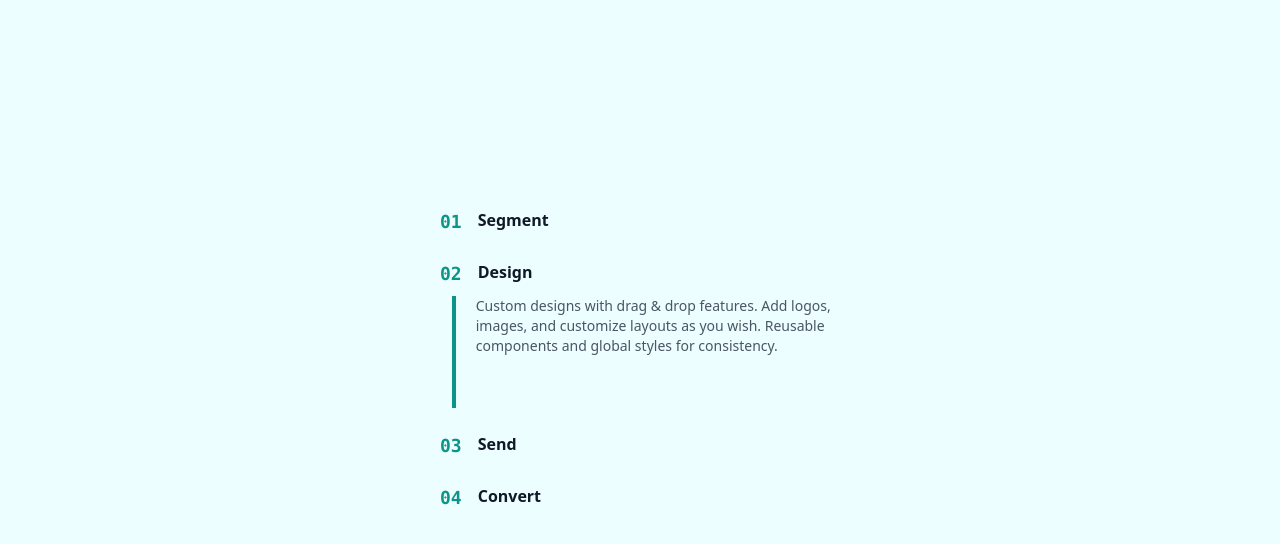
Repository: trusha97/postpilot
Page: accordin.html
An editor plug-in stored every save of this project. The page is shown before and after the next save, followed by the edit.
The browser window is 1280 px wide. The pictures show the whole page.
Some web libraries are served in a nearby version.

Above is the page before, as saved 2025-05-19 10:32:43.

### accordin.html
<!DOCTYPE html>
<html lang="en">

<head>
  <meta charset="UTF-8" />
  <meta name="viewport" content="width=device-width, initial-scale=1.0" />
  <title>Step Accordion</title>
  <script src="https://cdn.tailwindcss.com"></script>
  <style>

  </style>
</head>

<body class="bg-cyan-50 flex items-center justify-center min-h-screen">
  <div class="bg-cyan-50 p-6 w-full max-w-md space-y-6" id="accordion">

    <!-- Step Template Start -->
    <div class="cursor-pointer" onclick="toggleStep(1)">
      <div class="flex items-start space-x-4">
        <div class="flex flex-col items-center">
          <span class="text-teal-600 font-mono text-lg font-bold">01</span>
        </div>
        <div>
          <p class="font-bold text-gray-900">Segment</p>
        </div>
      </div>
      <div id="content-1" class="hidden ms-3 mt-2 flex space-x-5 h-28 overflow-hidden">
        <div class="overflow-y-auto h-full custom-scroll">
          <div class="w-1 bg-teal-400 h-[150px]"></div>
        </div>
        <div class="overflow-y-auto h-full text-sm text-gray-600 custom-scroll pr-2 w-full">
          This is the description for step 1. Scroll to test the left line behavior along with this paragraph.
        </div>
      </div>
      <!-- <div class="flex items-start bg-[#e8f8f8] p-4 rounded-md">
        <div class="w-1 bg-gradient-to-b from-[#1eb4b4] to-[#b5f3f3] rounded-full mr-3"></div>

        <p class="text-gray-700 text-sm">
          One-off announcements or automatically triggered flows. Customers receive their personalized cards within a
          week.
        </p>
      </div> -->

    </div>

    <div class="cursor-pointer" onclick="toggleStep(2)">
      <div class="flex items-start space-x-4">
        <div class="flex flex-col items-center">
          <span class="text-teal-600 font-mono text-lg font-bold">02</span>
        </div>
        <div>
          <p class="font-bold text-gray-900">Design</p>
        </div>
      </div>
      <div id="content-2" class="hidden ms-3 mt-2 flex space-x-5 h-28 overflow-hidden">
        <div class="overflow-y-auto h-full custom-scroll">
          <div class="w-1 bg-teal-600 h-[600px]"></div>
        </div>
        <div class="overflow-y-auto h-full text-sm text-gray-600 custom-scroll pr-2 w-full">
          Custom designs with drag & drop features. Add logos, images, and customize layouts as you wish.
          Reusable components and global styles for consistency.
        </div>
      </div>
    </div>

    <div class="cursor-pointer" onclick="toggleStep(3)">
      <div class="flex items-start space-x-4">
        <div class="flex flex-col items-center">
          <span class="text-teal-600 font-mono text-lg font-bold">03</span>
        </div>
        <div>
          <p class="font-bold text-gray-900">Send</p>
        </div>
      </div>
      <div id="content-3" class="hidden ms-3 mt-2 flex space-x-5 h-28 overflow-hidden">
        <div class="overflow-y-auto h-full custom-scroll">
          <div class="w-1 bg-teal-600 h-[600px]"></div>
        </div>
        <div class="overflow-y-auto h-full text-sm text-gray-600 custom-scroll pr-2 w-full">
          Send personalized cards to customers automatically based on events and flows. They receive them within a week.
        </div>
      </div>
    </div>

    <div class="cursor-pointer" onclick="toggleStep(4)">
      <div class="flex items-start space-x-4">
        <div class="flex flex-col items-center">
          <span class="text-teal-600 font-mono text-lg font-bold">04</span>
        </div>
        <div>
          <p class="font-bold text-gray-900">Convert</p>
        </div>
      </div>
      <div id="content-4" class="hidden ms-3 mt-2 flex space-x-5 h-28 overflow-hidden">
        <div class="overflow-y-auto h-full custom-scroll">
          <div class="w-1 bg-teal-600 h-[600px]"></div>
        </div>
        <div class="overflow-y-auto h-full text-sm text-gray-600 custom-scroll pr-2 w-full">
          Analyze conversions and optimize your next campaign based on performance data. Easy tracking tools included.
        </div>
      </div>
    </div>
    <!-- Step Template End -->

  </div>

  <script>
    function toggleStep(step) {
      for (let i = 1; i <= 4; i++) {
        document.getElementById('content-' + i).classList.add('hidden');
      }
      document.getElementById('content-' + step).classList.remove('hidden');
    }

    // By default open step 2
    toggleStep(2);
  </script>
</body>

</html>

After the next save:
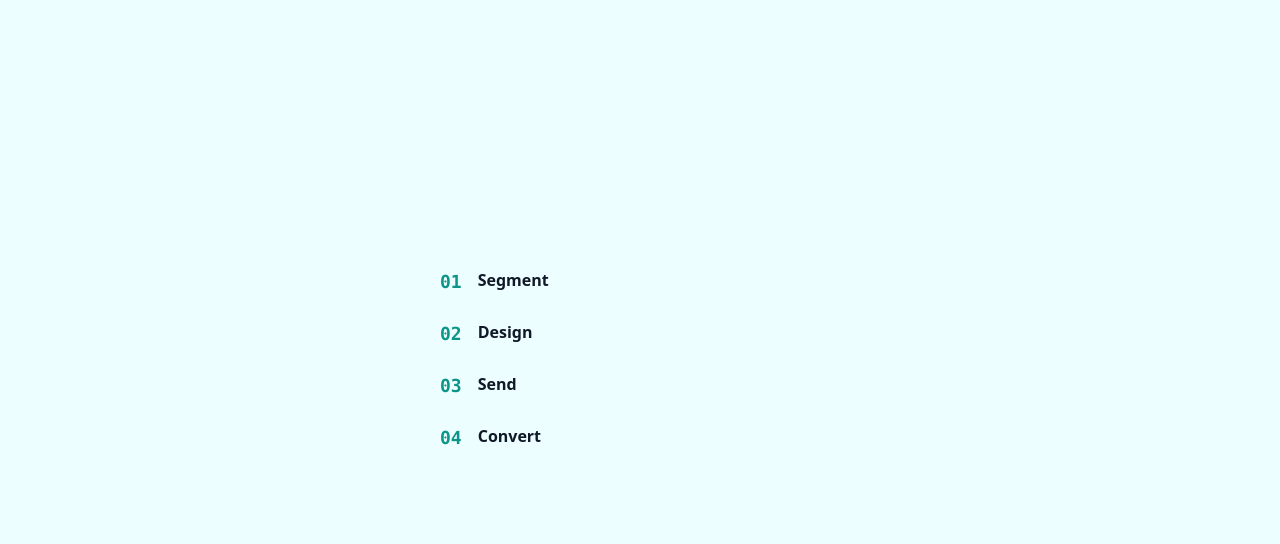
Console error: TypeError: Cannot read properties of null (reading 'classList')
Saved 17 s later.
--- a/accordin.html
+++ b/accordin.html
@@ -24,14 +24,14 @@
           <p class="font-bold text-gray-900">Segment</p>
         </div>
       </div>
-      <div id="content-1" class="hidden ms-3 mt-2 flex space-x-5 h-28 overflow-hidden">
+      <!-- <div id="content-1" class="hidden ms-3 mt-2 flex space-x-5 h-28 overflow-hidden">
         <div class="overflow-y-auto h-full custom-scroll">
           <div class="w-1 bg-teal-400 h-[150px]"></div>
         </div>
         <div class="overflow-y-auto h-full text-sm text-gray-600 custom-scroll pr-2 w-full">
           This is the description for step 1. Scroll to test the left line behavior along with this paragraph.
         </div>
-      </div>
+      </div> -->
       <!-- <div class="flex items-start bg-[#e8f8f8] p-4 rounded-md">
         <div class="w-1 bg-gradient-to-b from-[#1eb4b4] to-[#b5f3f3] rounded-full mr-3"></div>
 

After the save that followed:
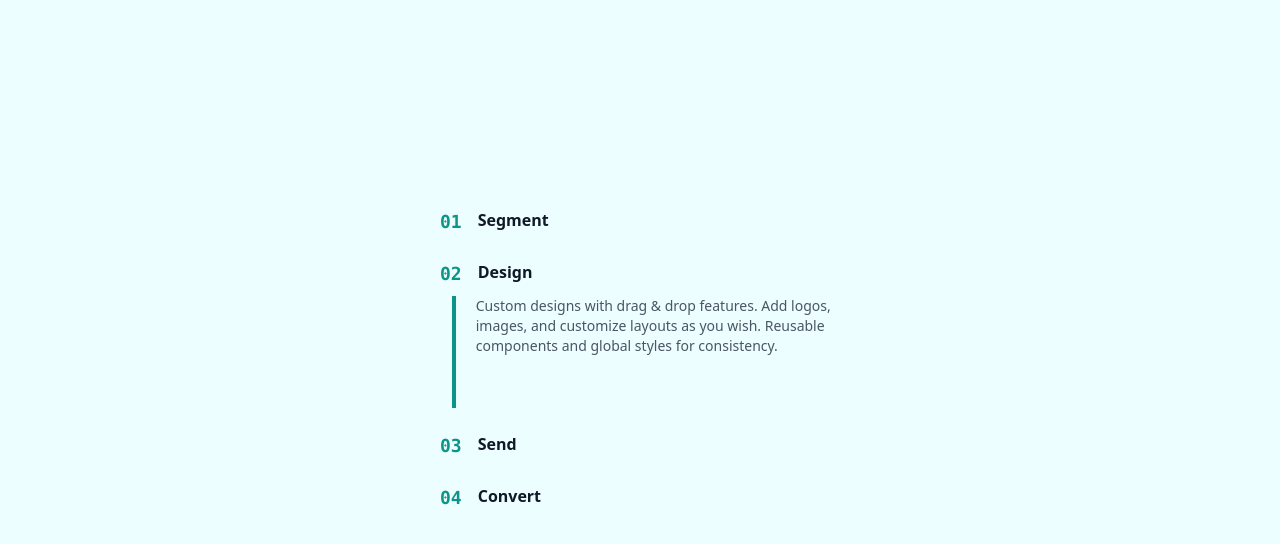
The error is gone.
Saved 12 s later.
--- a/accordin.html
+++ b/accordin.html
@@ -24,14 +24,14 @@
           <p class="font-bold text-gray-900">Segment</p>
         </div>
       </div>
-      <!-- <div id="content-1" class="hidden ms-3 mt-2 flex space-x-5 h-28 overflow-hidden">
+      <div id="content-1" class="hidden ms-3 mt-2 flex space-x-5 h-28 overflow-hidden">
         <div class="overflow-y-auto h-full custom-scroll">
           <div class="w-1 bg-teal-400 h-[150px]"></div>
         </div>
         <div class="overflow-y-auto h-full text-sm text-gray-600 custom-scroll pr-2 w-full">
           This is the description for step 1. Scroll to test the left line behavior along with this paragraph.
         </div>
-      </div> -->
+      </div>
       <!-- <div class="flex items-start bg-[#e8f8f8] p-4 rounded-md">
         <div class="w-1 bg-gradient-to-b from-[#1eb4b4] to-[#b5f3f3] rounded-full mr-3"></div>
 
